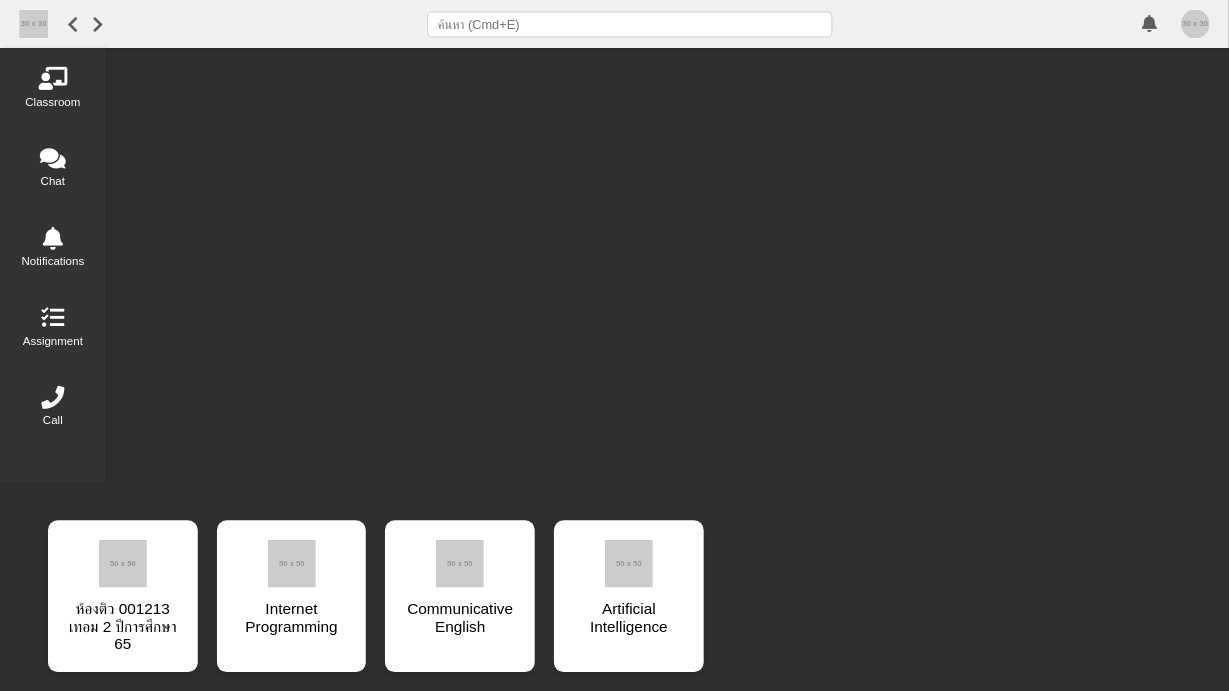
Repository: praifas16/ProPro
Page: docs/studenthead.html
The author's editor kept a copy of each file at every save. The page is drawn from the files as they stood at one save, then again after the next save.
The browser window is 1280 px wide. The pictures show the whole page, at 96% of full size.

Above is the page before, as saved 2024-08-21 20:44:21.

### docs/studenthead.html
<!DOCTYPE html>
<html lang="th">
  <head>
    <link rel="stylesheet" href="https://cdnjs.cloudflare.com/ajax/libs/font-awesome/5.15.4/css/all.min.css">
    <meta charset="UTF-8" />
    <meta name="viewport" content="width=device-width, initial-scale=1.0" />
    <title>My Dashboard</title>
    <style>
      body {
        font-family: Arial, sans-serif;
        margin: 0;
        padding: 0;
        background-color: #2f2f2f;
        display: flex;
        flex-direction: column;
        height: 100vh;
      }

      /* แถบเมนูด้านบน */
      .topbar {
        background-color: #f0f0f0;
        padding: 10px 20px;
        display: flex;
        align-items: center;
        justify-content: space-between;
        box-shadow: 0px 2px 4px rgba(0, 0, 0, 0.1);
      }

      .topbar .left-section {
        display: flex;
        align-items: center;
      }

      .topbar .left-section .logo {
        display: flex;
        align-items: center;
        margin-right: 20px;
      }

      .topbar .left-section .logo img {
        width: 30px;
        height: 30px;
      }

      .topbar .left-section .navigation {
        display: flex;
        align-items: center;
      }

      .topbar .left-section .navigation i {
        font-size: 18px;
        color: #5f5f5f;
        margin-right: 15px;
        cursor: pointer;
      }

      .topbar .search-bar {
        flex-grow: 1;
        display: flex;
        justify-content: center;
      }

      .topbar .search-bar input {
        width: 400px;
        padding: 5px 10px;
        border-radius: 5px;
        border: 1px solid #ccc;
        background-color: #fff;
        color: #333;
      }

      .topbar .user-section {
        display: flex;
        align-items: center;
      }

      .topbar .user-section img {
        width: 30px;
        height: 30px;
        border-radius: 50%;
        margin-left: 10px;
      }

      .topbar .user-section .notification {
        margin-right: 15px;
        position: relative;
        font-size: 18px;
        color: #5f5f5f;
        cursor: pointer;
      }

      /* เมนูแถบข้าง */
      .sidebar {
        width: 70px;
        background-color: #333;
        color: white;
        height: calc(100vh - 60px); /* Adjusted to take into account the topbar height */
        padding: 20px 20px;
        box-shadow: 2px 0 5px rgba(0, 0, 0, 0.1);
        display: flex;
        flex-direction: column;
        align-items: center;
      }

      .menu-items {
        margin-top: -10px; /* ขยับเมนูขึ้นไปด้านบน */
      }

      .sidebar a {
        display: flex;
        flex-direction: column;
        align-items: center;
        color: white;
        padding: 10px;
        text-decoration: none;
        margin-bottom: 20px;
        font-size: 12px;
        text-align: center;
      }

      .sidebar a:hover {
        background-color: #5f5f5f;
        border-radius: 4px;
        width: 80%;
        text-align: center;
      }

      .sidebar i {
        font-size: 24px;
        margin-bottom: 5px;
      }

      /* โครงสร้างหน้าเว็บหลัก */
      .main-content {
        flex-grow: 1;
        padding: 10px 20px 20px 50px; /* ลด padding-top เพื่อขยับขึ้น */
      }

      .container {
        display: grid;
        grid-template-columns: repeat(auto-fill, minmax(150px, 1fr));
        gap: 20px;
        padding-top: 30px; /* ปรับ padding-top ของ container */
      }

      .card {
        background-color: #ffffff;
        border-radius: 10px;
        box-shadow: 0 4px 6px rgba(0, 0, 0, 0.1);
        text-align: center;
        padding: 20px;
        transition: transform 0.3s;
      }

      .card:hover {
        transform: scale(1.05);
      }

      .card img {
        width: 50px;
        height: 50px;
        margin-bottom: 10px;
      }

      .card p {
        margin: 0;
        font-size: 16px;
      }
    </style>
  </head>
  <body>
    <!-- แถบเมนูด้านบน -->
    <div class="topbar">
      <div class="left-section">
        <div class="logo">
          <img src="https://via.placeholder.com/30" alt="Logo" />
        </div>
        <div class="navigation">
          <i class="fas fa-chevron-left"></i>
          <i class="fas fa-chevron-right"></i>
        </div>
      </div>
      <div class="search-bar">
        <input type="text" placeholder="ค้นหา (Cmd+E)" />
      </div>
      <div class="user-section">
        <div class="notification">
          <i class="fa fa-bell"></i>
        </div>
        <img src="https://via.placeholder.com/30" alt="User Avatar" />
      </div>
    </div>

    <!-- เมนูแถบข้าง -->
    <div class="sidebar">
      <div class="menu-items">
        <a href="#"
          ><i class="fa fa-chalkboard-teacher"></i><span>Classroom</span></a
        >
        <a href="#"><i class="fa fa-comments"></i><span>Chat</span></a>
        <a href="#"><i class="fa fa-bell"></i><span>Notifications</span></a>
        <a href="#"><i class="fa fa-tasks"></i><span>Assignment</span></a>
        <a href="#"><i class="fa fa-phone"></i><span>Call</span></a>
      </div>
    </div>

    <!-- เนื้อหาหลัก -->
    <div class="main-content">
      <div class="container">
        <div class="card">
          <img src="https://via.placeholder.com/50" alt="icon" />
          <p>ห้องติว 001213 เทอม 2 ปีการศึกษา 65</p>
        </div>
        <div class="card">
          <img src="https://via.placeholder.com/50" alt="icon" />
          <p>Internet Programming</p>
        </div>
        <div class="card">
          <img src="https://via.placeholder.com/50" alt="icon" />
          <p>Communicative English</p>
        </div>
        <div class="card">
          <img src="https://via.placeholder.com/50" alt="icon" />
          <p>Artificial Intelligence</p>
        </div>
        <!-- เพิ่มเติม Card อื่น ๆ ตามต้องการ -->
      </div>
    </div>
  </body>
</html>

After the next save:
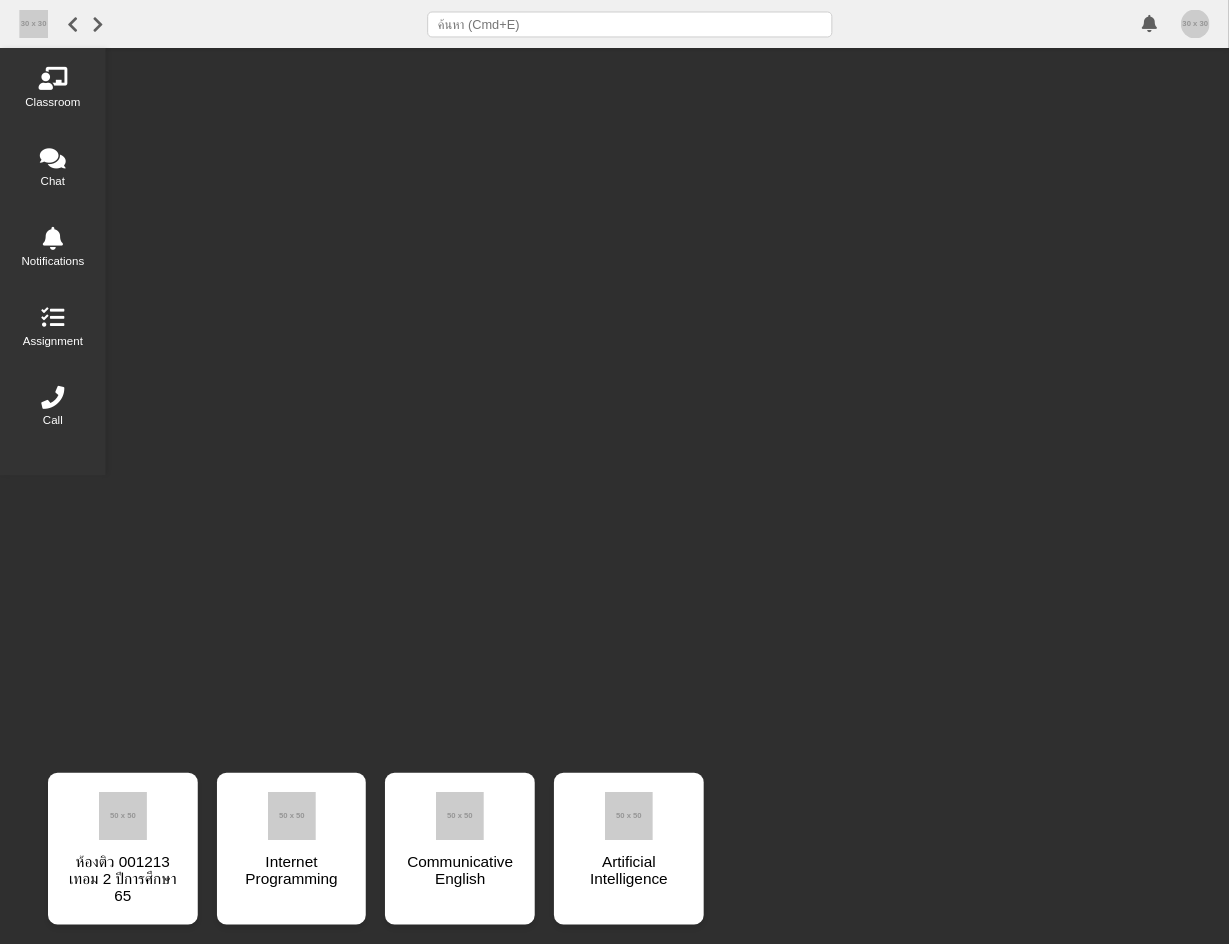
Saved 9 s later.
--- a/docs/studenthead.html
+++ b/docs/studenthead.html
@@ -140,7 +140,7 @@
         display: grid;
         grid-template-columns: repeat(auto-fill, minmax(150px, 1fr));
         gap: 20px;
-        padding-top: 30px; /* ปรับ padding-top ของ container */
+        padding-top: 300px; /* ปรับ padding-top ของ container */
       }
 
       .card {

After the save that followed:
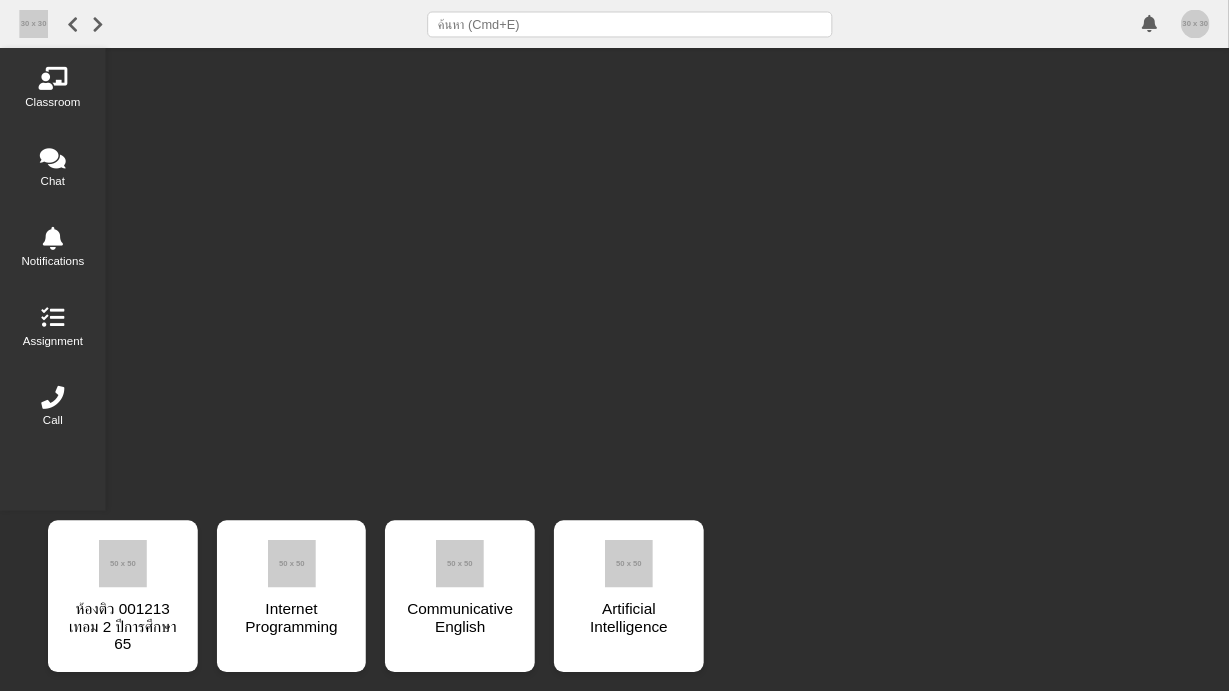
Saved 7 s later.
--- a/docs/studenthead.html
+++ b/docs/studenthead.html
@@ -140,7 +140,7 @@
         display: grid;
         grid-template-columns: repeat(auto-fill, minmax(150px, 1fr));
         gap: 20px;
-        padding-top: 300px; /* ปรับ padding-top ของ container */
+        padding-top: 0px; /* ปรับ padding-top ของ container */
       }
 
       .card {
